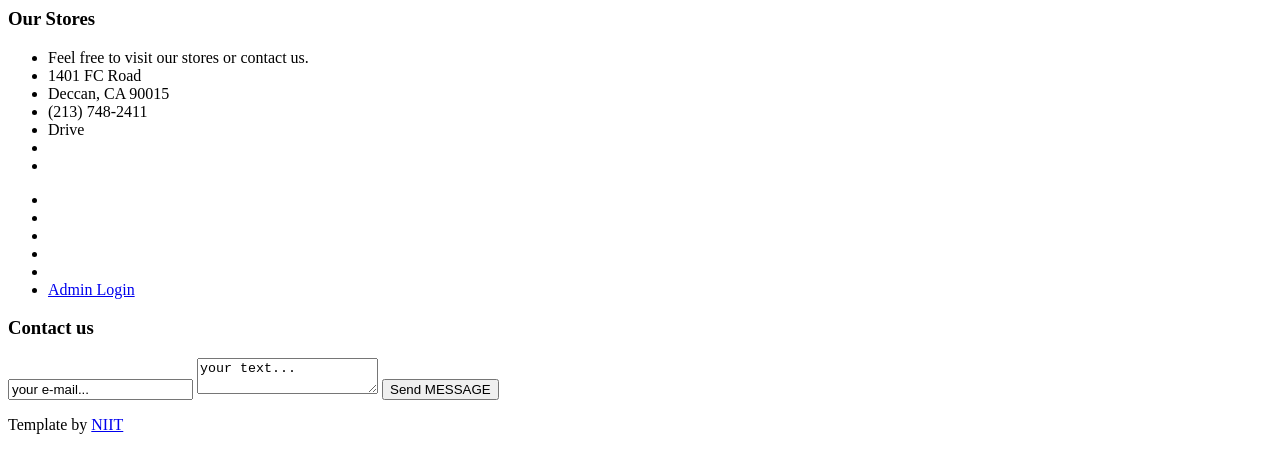
Repository: pratiksha1412/onlineshopping
Page: http://localhost/ShoppingCartFrontend/footer.jsp
The author's editor kept a copy of each file at every save. The page is drawn from the files as they stood at one save, then again after the next save.
The browser window is 1280 px wide. The pictures show the whole page.
The page is served by Tomcat 9. Nobody is signed in. The application's start-up code is not run.

Above is the page before, as saved 2017-01-10 07:10:30.

After the next save:
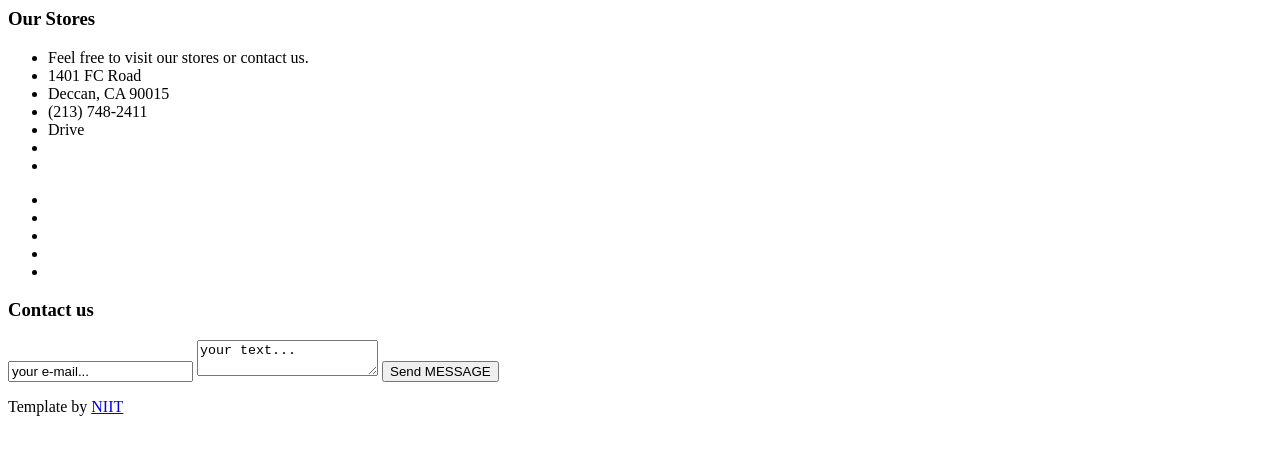
Saved 26 s later.
--- a/ShoppingCartFrontend/src/main/webapp/footer.jsp
+++ b/ShoppingCartFrontend/src/main/webapp/footer.jsp
@@ -24,7 +24,7 @@
 						<li><a href="#" class="chrome"></a></li>
 						<li><a href="#" class="vimeo"></a></li>
 						<li><a href="#" class="rss"></a></li>
-						<li><a href="adminlogin">Admin Login</a></li>
+
 				</div>
 			</div>
 			<!-- <div class="col-md-3 blog">
